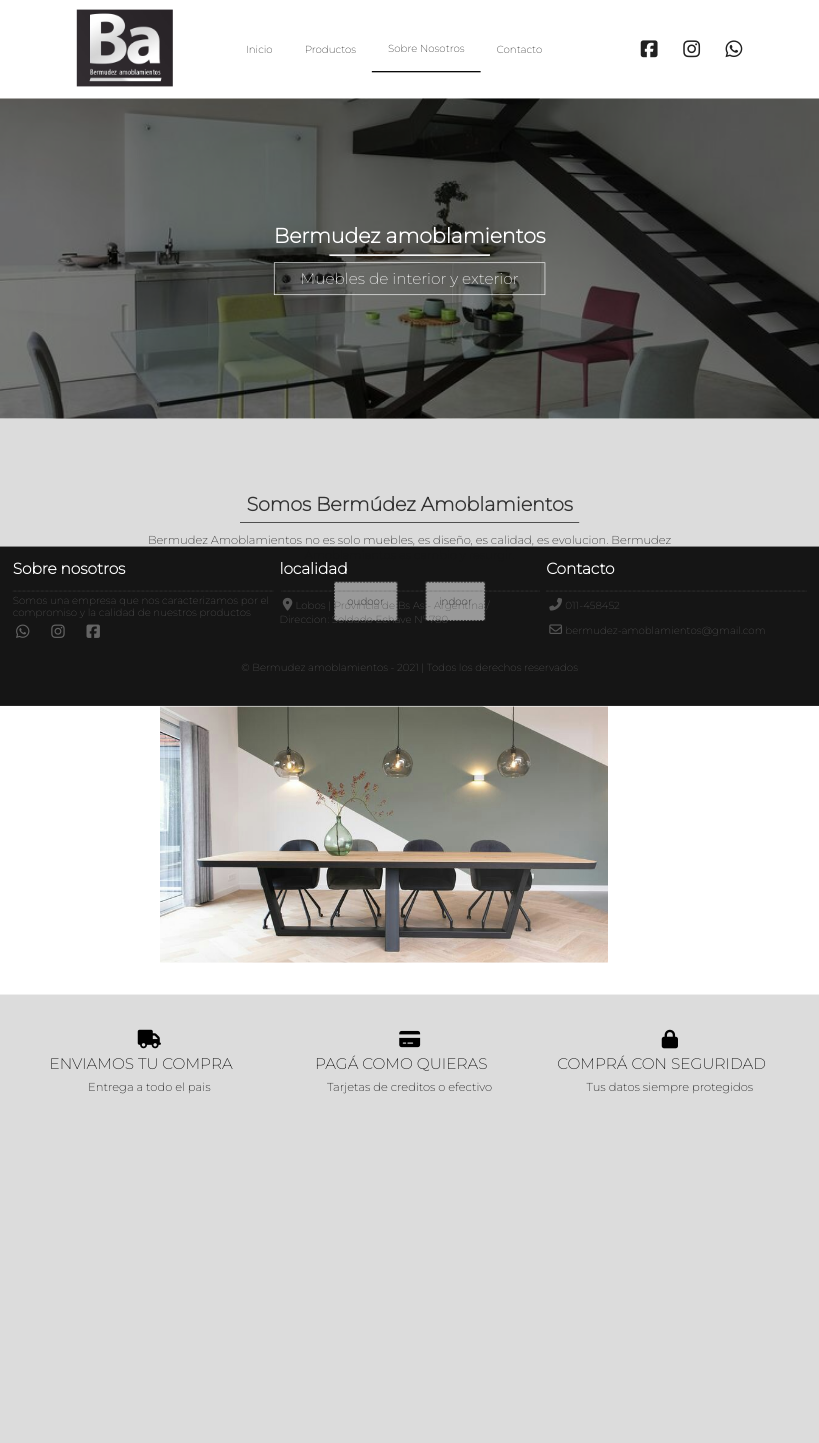
Repository: DamianBermudez94/Bermudez-amoblamientos
Page: index.html
An editor plug-in stored every save of this project. The page is shown before and after the next save, followed by the edit.
The browser window is 1280 px wide. The pictures show the whole page, at 64% of full size.
Some web libraries are served in a nearby version.

Above is the page before, as saved 2022-09-22 19:25:34.

### index.html
<!DOCTYPE html>
<html lang="es">
<head>
    <meta charset="UTF-8">
    <meta http-equiv="X-UA-Compatible" content="IE=edge">
    <meta name="viewport" content="width=device-width, initial-scale=1.0">

    <title>Bermudez-Amoblamientos</title>
    <link rel="shortcut icon" href="Imagenes/favicon (1).jpg" type="image/x-icon">
    <!--Estilos-->
    <link rel="preconnect" href="https://fonts.googleapis.com">
    <link rel="preconnect" href="https://fonts.gstatic.com" crossorigin>
    <link href="https://fonts.googleapis.com/css2?family=Montserrat:wght@200&display=swap" rel="stylesheet">
    <script src="https://kit.fontawesome.com/bdbed0aafa.js" crossorigin="anonymous"></script>
    <link rel="preconnect" href="https://fonts.gstatic.com">
    <link href="https://fonts.googleapis.com/css2?family=Roboto:ital,wght@0,300;0,400;1,100;1,300;1,700&display=swap" rel="stylesheet">
    <!--Componente del header-->
    <script defer src="./header/header.js"></script>
    <link rel="stylesheet" href="./header/header.css">

    <!--Componente del footer-->
    <script defer src="./footer/footer.js"></script>
    <link rel="stylesheet" href="./footer/footer.css">

    <script defer src="slider.js"></script>
    <!--Estilos del index-->
    <link rel="stylesheet" href="index.css">
    <script defer src="index.js"></script>

</head>
<body>
    <!--Ir arriba-->
    <div class="go-top">
        <span><i class="fas fa-chevron-up"></i> <a href="https://www.whatsapp.com"><i class="fab fa-whatsapp"></i></a></span>
    </div>
    <header class="header">

    </header>
    <main class="main" >
        <section class="welcome">
            <div class="welcome__container">
                <h1 class="welcome__title">Bermudez amoblamientos</h1>
                <hr class="linea-title">
                <p class="welcome__sub-title">Muebles de interior y exterior</p>

            </div>
        </section>


        <section class="sobre-nosotros">
            <div class="container-tip">
                <h2 class="title-somos-nosotros">Somos Bermúdez Amoblamientos</h2>

                <p class="title-parrafo">Bermudez Amoblamientos no es solo muebles, es diseño, es calidad, es evolucion. Bermudez Amoblamientos es cambio y resurgir.</p>
                <div class="enlaces">
                    <a class="btn-enlaces" href="oudoor.html">oudoor</a>
                    <a class="btn-enlaces" href="indoor.html">indoor</a>
                </div>
            </div>
        </section>
        <!--Seccion Productos-->

            <section class="section-slider">
                <div class="flexslider">
                    <div class="slider" id="slider">
                        <div class="slider-section">
                            <img class="slider-img" src="./indoor/img-indoor/imagenes-indoor/IMG-20210325-WA0018.jpg" alt="">
                            <!--<section class="flex-slider">
                              <h2 class="slider-title">Productos al 50%</h2>
                              <p class="slider-txt">Ofertas</p>
                              <a href="" class="slider__link">Comprar</a>
                            </section>-->
                        </div>
                        <div class="slider-section">
                            <img class="slider-img" src="./indoor/img-indoor/imagenes-indoor/IMG-20210325-WA0019.jpg" alt="">
                            <!--<section class="flex-slider">
                              <h2 class="slider-title">Productos al 50%</h2>
                              <p class="slider-txt">Ofertas</p>
                              <a href="" class="slider__link">Comprar</a>
                            </section>-->

                        </div>
                        <div class="slider-section" >
                            <img class="slider-img" src="./indoor/img-indoor/imagenes-indoor/IMG-20210325-WA0028.jpg" alt="">
                            <!--<section class="flex-slider">
                              <h2 class="slider-title">Productos al 50%</h2>
                              <p class="slider-txt">Ofertas</p>
                              <a href="" class="slider__link">Comprar</a>
                            </section>-->

                        </div>
                    </div>
                    <!--<span class="btn-slider slider_btn-right" id="btn-right"><i class="fas fa-chevron-right"></i></i></span>
                    <span class="btn-slider slider_btn-left" id="btn-left"><i class="fas fa-chevron-left"></i></span>-->
                </div>
            </section>
                <!--<div class="container-editor">
                    <div class="editor__item">
                        <img src="Imagenes/IMG-20210325-WA0014.jpg" alt="" class="editor-img">
                        <p class="editor-circle">Muebles de interior</p>
                    </div>
                    <div class="editor__item">
                        <img  src="Imagenes/IMG-20210325-WA0026.jpg" alt="" class="editor-img">
                        <p class="editor-circle">Muebles de exterior</p>
                    </div>
                </div>-->
            <!--Seccion tips de compras -->
            <section class="container-tips">
                <div class="tip">
                    <i class="tip-icon fas fa-truck"></i>
                    <h2 class="tip-title">ENVIAMOS TU COMPRA</h2>
                    <p class="parrafo-tips">Entrega a todo el pais</p>

                   <!-- <a href="" class="btn-tip">Comprar</a>
                  <a href="" class="btn-tip">comprar</a>
                  <a href=""class="btn-tip">Comprar</a>-->
                </div>
                <div class="tip">
                    <i class="fas fa-credit-card"></i>
                    <h2 class="tip-title">PAGÁ COMO QUIERAS</h2>
                    <p class="parrafo-tips">Tarjetas de creditos o efectivo</p>

                </div>
                <div class="tip">
                    <i class="fas fa-lock"></i>
                    <h2 class="tip-title">COMPRÁ CON SEGURIDAD</h2>
                  <p class="parrafo-tips">Tus datos siempre protegidos</p>
                </div>

            </section>

    </main>
    <!--Footer-->

    <footer class="footer">

    </footer>
</body>
</html>

### header/header.css
/** Estilos del header **/

.header {
 background-color: #fff;

}

.main-header .container {
  position: fixed;
  top: 0;
  left: 0;
  width: 100%;
  height: 30%;
  display: flex;
  align-items: center;
  justify-content: space-between;
  background: #fff;
  z-index: 9999999999;
  padding: 50px;
}

.main-header__container {
  width: 100%;
  display: flex;
  justify-content:space-between;
  padding: 50px;
}
.redes-sociales {
  color: #212121;
  font-size: 50px;
  margin: 5px;
}

.redes-sociales:hover {
  color: #154f66;
}

.main-header__container-redes {
  display: none;

}

.title-img {
  object-fit: cover;
  width: 100%;
  height: 100px;

}
.img_title {
  position: relative;
  top: 0;
  left: 10px;
}

/** Estilos del Menu **/
.main-nav {
  opacity: 0;
  visibility: hidden;
  transition: all 0.5s;
  z-index: 9999999;
}
.mostrar {
  opacity: 1;
  visibility: visible;
}

.menu {
  position: absolute;
  top: 120px;
  left: 0;
  background: #212121;
  width: 100%;
  list-style: none;
  margin: 0;
  padding: 0;
}
.menu__items {
  margin: auto;
}

.menu-link {
  padding: 25px;
  border-bottom: 1px solid #646464;
  color: #fff;
  text-decoration: none;
  display: block;
}
.menu-link:hover {
  background: #000;
  color: #fff;
}

.sub-menu {
  display: none;
}

.sub-link {
  padding-left: 45px;
  border-bottom: 1px solid #646464;
  text-decoration: none;
  color: #fff;
  display: block;
  font-weight: 300;
  font-size: 16px;
}
.sub-link:hover {
  background: #000;
  color: #fff;
  width: 100%;
}
.sub-items .sub-link {
  list-style: none;
  margin: 0 10px;
  padding: 25px 0;
  padding-left: 48px;
}

.main-header__btn {
  border: 1px solid #000;
  display: block;
  padding: 10px 30px;
  color: #000;
  margin: 10px 0;
  text-decoration: none;
}
.btn-menu{
  position: relative;
  top: 35px;
  left: 95px;
  cursor: pointer;
  transition: all 0.5s ease-in-out ;
}
.menu-btn_burger{
  width: 30px;
  height: 3px;
  position: relative;
  top: 20px;
  left: 20px;
  border-radius: 5px;
  background-color: #000;
  transition: all 0.5s ease-in-out;
}
.menu-btn_burger::before,
.menu-btn_burger::after{
 content: "";
 position: absolute;
 top:0;
 left: 0;
 width: 30px;
 height: 3px;
 background-color: #000;
 border-radius: 5px;
 transition: all 0.5s ease-in-out;
}
.menu-btn_burger::before{
  transform: translateY(-16px);
}
.menu-btn_burger::after{
  transform: translateY(16px);
}
.btn-menu.open .menu-btn_burger {
  transform: translateX(-50px);
  background-color: transparent;
}
.btn-menu.open .menu-btn_burger::before {
  transform: rotate(45deg) translate(35px, -35px);
}
.btn-menu.open .menu-btn_burger::after {
  transform: rotate(-45deg) translate(35px, 35px);
}
@media (min-width: 760px) {


  .main-header__container{
    padding: 50px;

  }
  .main-header__container-redes{
    display: flex;
    justify-content: space-between;
    align-items: center;

  }
  .redes-sociales {
    color: #212121;
    font-size: 25px;
    margin: 10px;
    position: relative;
    top: 0;
    left: 0;
    display: block;
  }
  .menu {
    top: 180px;
  }
  .title-somos-nosotros {
    font-size: 28px;
    text-align: center;
    padding: 10px;
  }
}


@media (min-width: 960px) {

  .main-header__container {
    width: 100%;
    height: 100%;
    display: flex;
    align-items: center;
    justify-content: space-evenly;
    padding: 0 120px 0;


  }

  .main-nav {
    visibility: visible;
    opacity: 1;
    width: 100%;
    right: 25px;
    margin: 0;
  }
  .main-header-link {
    color: #333;
    border-bottom: none;
  }
  .main-header__container .main-nav .menu li a.active {
    border-bottom: 2px solid #000;
  }

  .menu {
    position: static;
    width: 100%;
    display: flex;
    align-items: center;
    justify-content: center;
    background: none;
  }

  .menu__items {
    padding: 0;
    margin: 0;
    display: flex;
  }
  .menu-link {
    color: #212121;
    border-bottom: none;
  }
  .menu-link:hover {
    color: #f7f7f7;
  }

  .main-nav .menu .sub-menu {
    display: none;
    transition: all 0.5s;
  }
  .main-nav .menu .menu__items {
    display: flex;
    justify-content: space-between;
    align-items: center;
  }

  .menu .menu__items:hover .sub-menu {
    display: block;
    position: absolute;
    top: 120px;
    left: 485px;
    width: 300px;
  }

  .sub-link {
    position: relative;
    top: 15px;
    left: 15px;
    width: 300px;
    text-decoration: none;
    color: #151515;
    background: #f7f7f7;
    font-size: 16px;
    transition: all 0.5s;
  }
  .sub-link:hover {
    max-width: 300px;
    color: #fff;
    background: #151515;
  }
  .sub-items {
    list-style: none;
  }

  .title-img {
    object-fit: cover;
    font-size: 24px;
    width: 150px;
    height: 150px;
    padding: 15px 0 15px 0;
    margin: 0;
  }
  .img_title {
    position: initial;
  }

  .main-header__container-redes {

  }
  .redes-sociales {
    position: relative;
    top: 0;
    left: 20px;
    margin: 15px;
    padding: 5px;
    font-size: 30px;
    display: block;
  }
  .btn-menu {
    display: none;
  }
}

### footer/footer.css
/** Estilos Del footer **/

.footer {

  padding: 20px;
  background: #151515;
  color: #fff;
}
.redes-footer {
  padding: 15px;
  position: relative;
  top: 0;
  left: -10px;
  font-size: 1.5em;
  color: #646464;
  margin: 0;
  transition: all 0.5s;
}
.redes-footer:hover {
  color: #fff;
}
.footer-txt {
  color: #555;
  padding: 5px 0;
}
.footer-link {
  color: #555;
  text-decoration: none;
  display: block;
  padding: 10px 0;
}

.title-footer {
  border-bottom: 1px dotted #555;
  padding-bottom: 20px;
}
.redes {
  font-size: 20px;
  margin: 5px;
}
.container-copy{
  text-align: center;
  padding: 10px;
}
.copy {
  color: #555;
  margin: 10px 0;
  padding: 10px;
}
@media screen and (min-width:720px) {
  .container-footer {

    display: grid;
    grid-template-columns: repeat(3, 1fr);
    gap: 10px;

  }

}

### index.css
* {
  padding: 0;
  margin: 0;
  box-sizing: border-box;
  font-family: 'Montserrat', sans-serif;
}

/** Go top **/
.go-top {
  position: fixed;
  bottom: 0px;
  right: -100%;
  width: 50px;
  height: 50px;

  background: #fff;
  z-index: 9999;
  display: flex;
  justify-content: center;
  align-items: center;
  cursor: pointer;
  transition: 500ms;
}
.go-top:hover {
  border: 2px solid #fff;
  border-radius: 50%;
  background: rgb(71, 71, 71);
}
.go-top:hover span {
  color: #fff;
}
.go-top > span {
  font-size: 25px;
  color: #000;
}
main{
  width: 100%;
  height: 700px;
  background: url("./indoor/img-indoor/imagenes-indoor/IMG-20210325-WA0038.jpg");
  background-position: center;
  background-size: cover;
  object-fit: contain;

}

/** Diseño del Welcome**/

.welcome {
  width: 100%;
  height: 500px;
  background-color: rgba(0, 0, 0, 0.5);
  display: flex;
  align-items: center;
  justify-content: center;
  flex-direction: column;
}

.welcome__title {
  font-size: 32px;
  color: #fff;
  font-weight: 700;
  text-align: center;
  margin: 10px;
}

.welcome hr {
  width: 250px;
  margin: auto;
  height: 3px;
  background: #fff;
}
.welcome__sub-title {
  font-size: 24px;
  margin: 10px;
  color: #fff;
  border: 1px solid #fff;
  padding: 10px;

  text-align: center;
}

/** Fin del style**/

/********* Seccion sobre nosotros ****/
.sobre-nosotros{
  width: 100%;
  height: 400px;
}
.container-tip {
  display: flex;
  justify-content: center;
  align-items: center;
  flex-direction: column;
  height: 100%;
  margin: 0;
  padding:10px;
  background-color: #dcdcdc;
}
.title-somos-nosotros {

  font-size: 24px;
  font-weight: bold;
  text-align: center;
  color: #333;
  border-bottom: 1px solid #000;
}

.title-parrafo {
 width: 70%;
  text-align: center;
  font-weight: 400;
  font-size: 18px;
  margin-top: 15px;
  line-height: 24px;
  color: #151515;
}
.enlaces {
  margin-top: 50px;
}
.btn-enlaces {
  width: 100%;
  padding: 20px;
  margin:20px;
  text-decoration: none;
  border: 1px dashed #000;
  transition: all 0.5s;
  cursor: pointer;
  color: #212121;
  background: #999999;
}
.btn-enlaces:hover {
  background: #212121;
  color: #fff;
}


/*****Diseño del slider****/

.flexslider {
  width: 100%;
  height: 500px;
  position: relative;
  overflow: hidden;

}
.slider {
  display: flex;
  width: 300%;
  height: 300px;
  margin-left: -100%;
  position: relative;
}


.slider-section {
  position: relative;
  top: 50px;
  width: 100%;
  display: flex;
  justify-content: center;
  align-items: center;

}

.slider-img {
  position: absolute;
  top: 0;
  width: 300px;
  height: 400px;
  object-fit: cover;

}



/** Seccion tips informaticos **/

.container-tips {
  height: 500px;
  padding: 30px;
  text-align: center;
  background-color: #dcdcdc;
}
.tip-title {
  font-size: 16px;
  font-weight: 300;
}

.tip i {
  font-size: 24px;
  padding: 20px 0;
}
.parrafo-tips {
  font-size: 14px;
  text-align: center;
  font-weight: 300;
  margin-top: 8px;
}

/** Estilo responsive para tablet **/

@media screen and (min-width: 768px) {

  .slider-img {
    width: 600px;
    height: 400px;
    object-fit: cover;

  }
  .container-tips {
    display: grid;
    grid-template-columns: repeat(3, 1fr);
  }
  .tip-icon {
    font-size: 29px;
  }
  .tip-title {
    font-size: 24px;
    font-weight: 700;
  }
  .parrafo-tips {
    font-size: 18px;
  }
  .title-somos-nosotros{
    font-size: 30px;
  }
}

@media (min-width: 1024px) {
  /**header **/
  .header-img {
    display: flex;
    justify-content: center;
    align-items: center;
    margin: 0 auto;
  }
  .header-img .welcome h1 {
    font-size: 50px;
    color: #fff;
    font-weight: 700;

    margin-bottom: 35px;
  }
  .header-img .welcome .linea-title {
    width: 400px;
    height: 5px;
    background: #fff;
    border: none;
    margin-top: -15px;
    text-align: center;
  }
  .header-img .welcome p {
    width: 500px;
    font-size: 30px;
    font-weight: 200;
    color: #fff;
    border: 3px solid #fff;
    padding: 10px;
    margin-top: 30px;
  }

  /** Fin del header **/


  /**** Seccion slider ****/

  .slider-img {
    width: 600px;
    height: 400px;


  }



  /***** Seccion Tips **/
  .container-tips {
    width: 100%;
    height: 100%;
    position: relative;
  }

  .tip-title {
    padding-right: 26px;
    font-weight: 400;
  }
  .tip {
    padding: auto;
    margin: 15px auto;
  }
  .tip i {
    font-size: 29px;
    text-align: center;
    padding: 10px 10px;
  }
  .parrafo-tips {
    font-size: 18px;
    margin: 10px auto;
  }
}
@media screen and (min-width: 1280px) {
  .main-header {
    position: relative;
    width: 100%;
  }
  .main-header .container {
    position: absolute;
    top: 0;
    left: 0;
    width: 100%;
    height: 30%;
    background: #fff;
    display: flex;
    justify-content: space-between;
    align-items: center;
    z-index: 9999999999;
  }
  .container {
    width: 1000px;
    margin: auto;
  }
  .main-header__container:nth-child(3) {
    padding-left: 50px;
  }


  .slider-img {
    width: 700px;
    height: 400px;

  }
}
@media screen and (min-width: 1600px) {
  .main-header {
    position: relative;
    width: 100%;
  }
  .main-header .container {
    position: fixed;
    top: 0;
    left: 0;
    width: 100%;
    height: 30%;
    background: #fff;
    display: flex;
    justify-content: space-between;
    align-items: center;
    z-index: 9999;
  }
  .container {
    width: 1400px;
    margin: auto;
  }
  .main-header__container:nth-child(3) {
    padding-left: 100px;
  }
}

### footer/footer.js
function footerComponet(el) {
  const footerEl = document.createElement("div");
  footerEl.innerHTML = `  <div class="container-footer">
    <div class="footer-section">
        <h2 class="title-footer">Sobre nosotros</h2>
        <p class="footer-txt">Somos una empresa que nos caracterizamos por el compromiso y la calidad de nuestros productos</p>
        <a href="" class="redes-footer"><i class="fab fa-whatsapp"></i></a>
        <a href="" class="redes-footer"><i class="fab fa-instagram"></i></a>
        <a href="" class="redes-footer"><i class="fab fa-facebook-square"></i></a>
    </div>

    <div class="footer-section">
      <h2 class="title-footer">localidad</h2>
      <p class="footer-txt"><i class="fas fa-map-marker-alt redes"></i>Lobos | Provincia de Bs As - Argentina / Direccion: Soldado Echave Nº 780</p>

    </div>
    <div class="footer-section">
      <h2 class="title-footer">Contacto</h2>
      <p class="footer-txt"><i class="fas fa-phone-alt redes"></i>011-458452</p>
      <p class="footer-txt"><i class="far fa-envelope redes"></i>bermudez-amoblamientos@gmail.com</p>
    </div>



  </div>
  <div class="container-copy">
    <p class="copy">&copy; Bermudez amoblamientos - 2021 | Todos los derechos reservados </p>
  </div>
  `;

  el.appendChild(footerEl);
  console.log("sadasdasd", footerEl);
}

### slider.js
// Animacion slider

const slider = document.querySelector("#slider");
let sliderSection = document.querySelectorAll(".slider-section");
let sliderSectionLast = sliderSection[sliderSection.length - 1];

slider.insertAdjacentElement("afterbegin", sliderSectionLast);

function nextRight() {
  let sliderSectionFirts = document.querySelectorAll(".slider-section")[0];

  slider.style.marginLeft = "-200%";
  slider.style.transition = "0.8s ease-in-out";

  setTimeout(function () {
    slider.style.transition = "none";
    slider.insertAdjacentElement("beforeend", sliderSectionFirts);
    slider.style.marginLeft = "-100%";
  }, 1200);
}
function Prev() {
  let sliderSection = document.querySelectorAll(".slider-section");
  let sliderSectionLast = sliderSection[sliderSection.length - 1];
  slider.style.marginLeft = "0";

  setTimeout(function () {
    slider.style.transition = "none";
    slider.insertAdjacentElement("afterbegin", sliderSectionLast);
    slider.style.marginLeft = "-100%";
  }, 1200);
}

/*btnLeft.addEventListener("click", function () {
  Prev();
});
const btnRight = document.querySelector("#btn-right");
const btnLeft = document.querySelector("#btn-left");

btnRight.addEventListener("click", function () {
  nextRight();
});*/

setInterval(function () {
  nextRight();
}, 5000);

### index.js
function main() {
  headertComponet(document.querySelector(".header"));
  footerComponet(document.querySelector(".footer"));

  menu();
}
main();

Loaded but not shown: header/header.js (87 lines, source omitted)

After the next save:
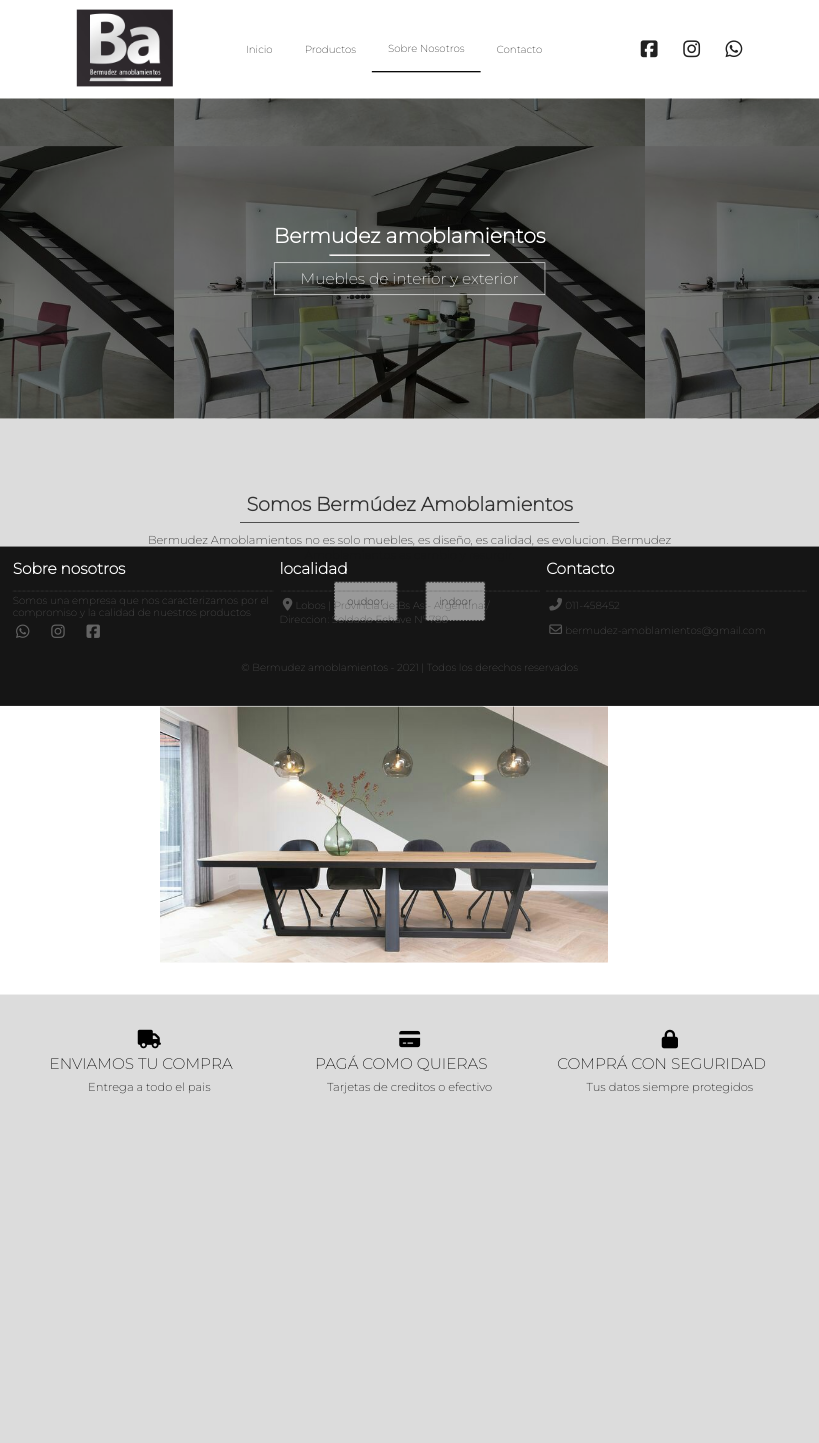
Saved 5 s later.
--- a/index.css
+++ b/index.css
@@ -38,7 +38,6 @@ main{
   height: 700px;
   background: url("./indoor/img-indoor/imagenes-indoor/IMG-20210325-WA0038.jpg");
   background-position: center;
-  background-size: cover;
   object-fit: contain;
 
 }
